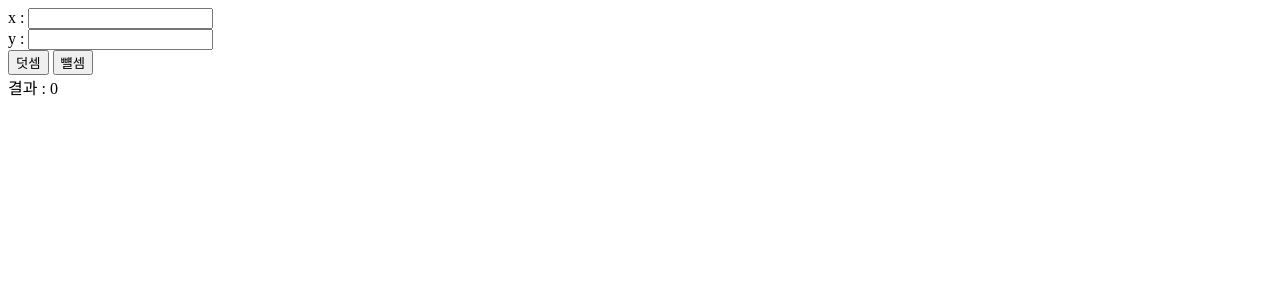
Repository: yunBibi/newlecture_jsp
Page: Test/src/main/webapp/calc2.html
An editor plug-in stored every save of this project. The page is shown before and after the next save, followed by the edit.
The browser window is 1280 px wide. The pictures show the whole page.

Above is the page before, as saved 2021-11-29 23:09:25.

After the next save:
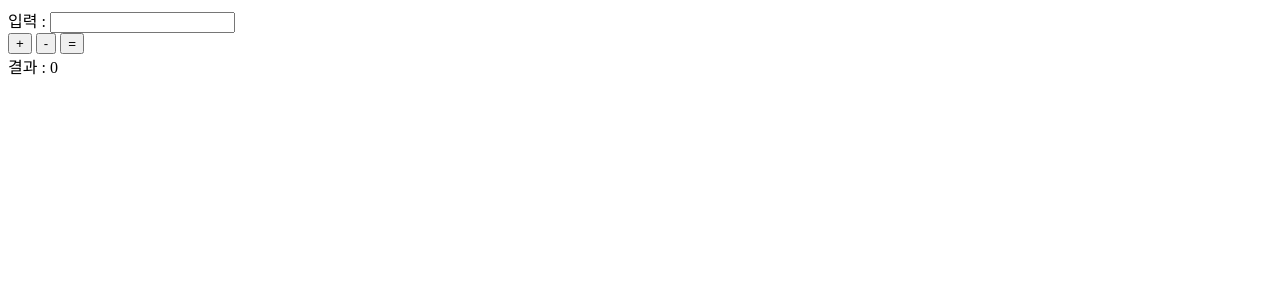
Saved 6 min 38 s later.
--- a/Test/src/main/webapp/calc2.html
+++ b/Test/src/main/webapp/calc2.html
@@ -7,16 +7,14 @@
 <body>
 	<form action="calc" method="post">
 		<div>
-			<label> x : </label>
-			<input type="text" name="x" />
+			<label> 입력 : </label>
+			<input type="text" name="v" />
 		</div>
+
 		<div>
-			<label> y : </label>
-			<input type="text" name="y" />
-		</div>
-		<div>
-			<input type="submit" name="operator" value="덧셈" />
-			<input type="submit" name="operator" value="뺼셈" />
+			<input type="submit" name="operator" value="+" />
+			<input type="submit" name="operator" value="-" />
+			<input type="submit" name="operator" value="=" />
 		</div>
 		<div>
 			결과 : 0
